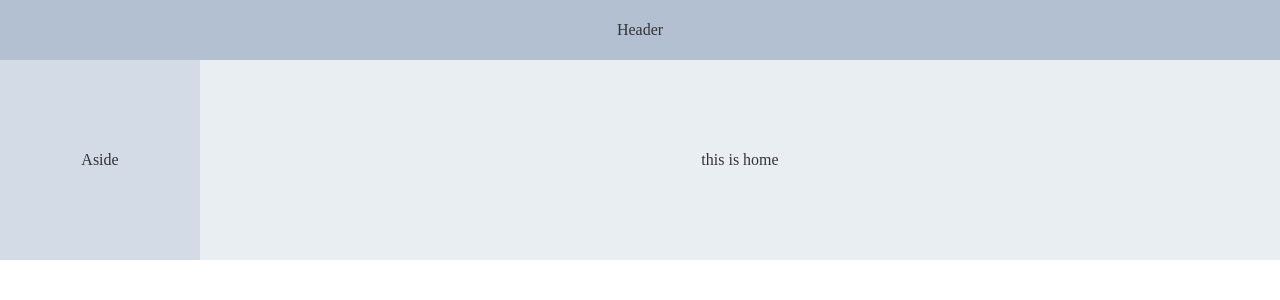
Repository: noob-injoker/router-slots-cw-ee
Page: /
The author's editor kept a copy of each file at every save. The page is drawn from the files as they stood at one save, then again after a run of saves.
The browser window is 1280 px wide. The pictures show the whole page.
The project was rebuilt for these pictures with package versions that can differ from the ones it lists, and the page was loaded fresh each time. Also part of the build but not shown: vue.config.js.

Above is the page before, as saved 2020-08-29 19:36:51.

After the next 2 saves:
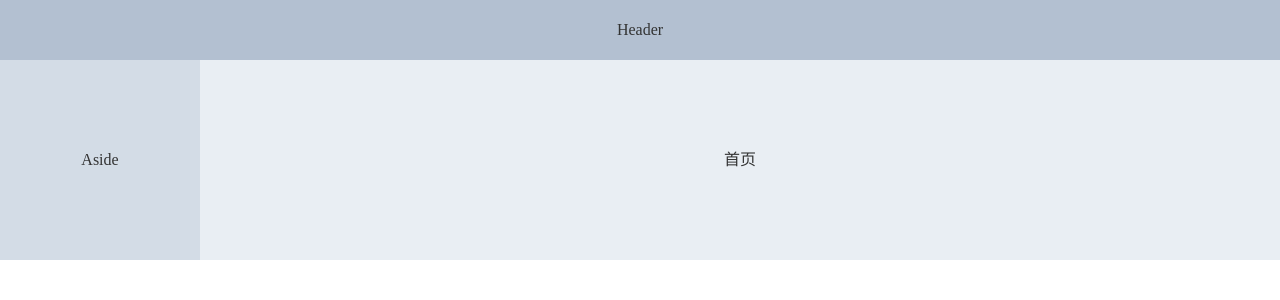
The 2 saves are shown as one change because they came seconds apart.
The last was saved 29 s later.
--- a/src/views/Home.vue
+++ b/src/views/Home.vue
@@ -1,16 +1,36 @@
 <template>
-  <div class="home">
-     this  is home
-  </div>
+<div>
+  首页
+</div>
 </template>
 
 <script>
-
-
 export default {
   name: 'Home',
+  props: {},
   components: {
+
+  },
+  data() {
+    return {
+
+    }
+  },
+  methods: {
+
+  },
+  mounted() {
+
+  },
+  watch: {
+
+  },
+  computed: {
 
   }
 }
 </script>
+
+<style scoped lang='scss'>
+
+</style>
